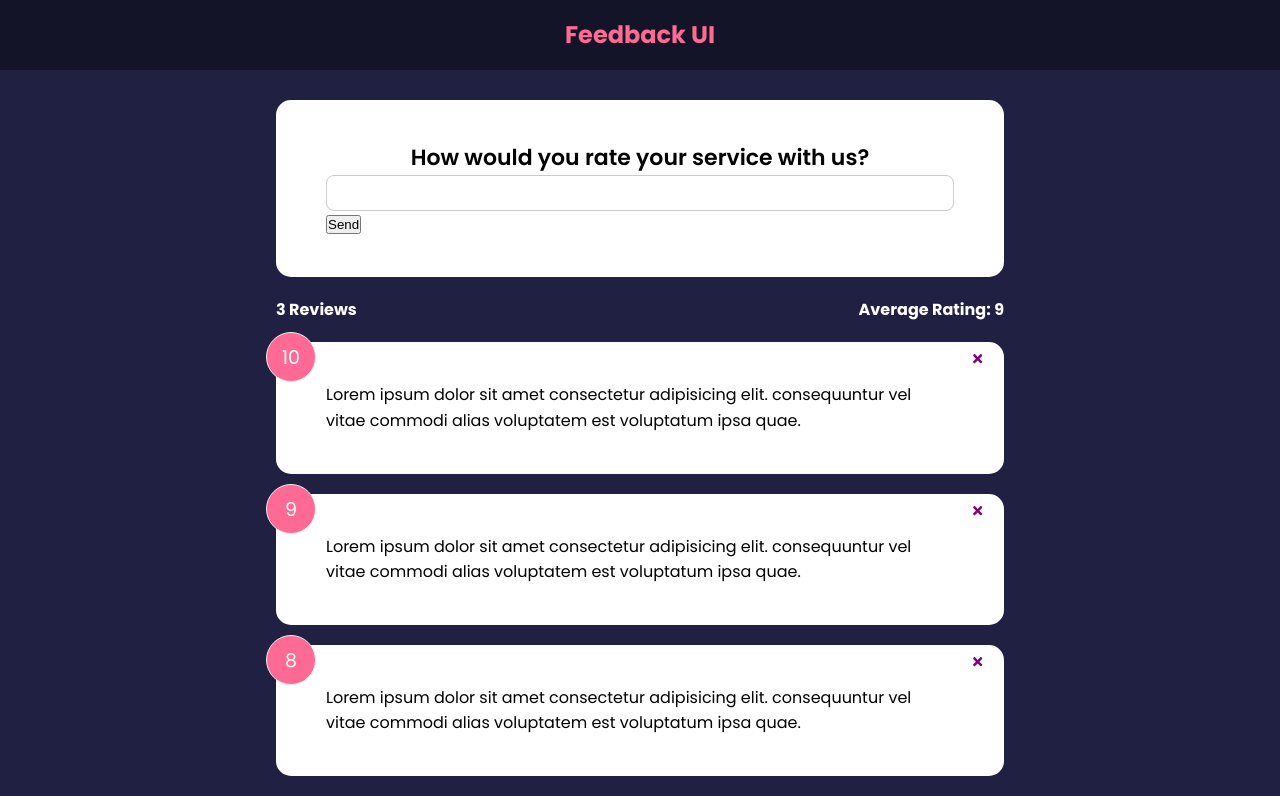
Repository: minhtien9/Feedback_App
Page: /
The author's editor kept a copy of each file at every save. The page is drawn from the files as they stood at one save, then again after the next save.
The browser window is 1280 px wide. The pictures show the whole page.
The project was rebuilt for these pictures with package versions that can differ from the ones it lists, and the page was loaded fresh each time.

Above is the page before, as saved 2022-02-18 14:20:07.

### src/index.css
@import url('https://fonts.googleapis.com/css2?family=Poppins:wght@400;600;700&display=swap');

* {
    box-sizing: border-box;
    margin: 0;
    padding: 0;
}

body {
    font-family: 'Poppins', sans-serif;
    background-color: #202142;
    color: #fff;
    line-height: 1.6;
}

ul {
    list-style: none;
}

.container {
    max-width: 768px;
    margin: auto;
    padding: 0 20px;
}

header {
    height: 70px;
    width: 100%;
    display: flex;
    justify-content: space-between;
    align-items: center;
    margin-bottom: 30px;
}

.card {
    background-color: #fff;
    color: #333;
    border-radius: 15px;
    padding: 40px 50px;
    margin: 20px 0;
    position: relative;
}

.card.reverse {
    background-color: rgba(0, 0, 0, 0.4);
    color: #fff;
}

.card h2 {
    font-size: 22px;
    font-weight: 600;
    text-align: center;
}

.rating {
    display: flex;
    align-items: center;
    justify-content: space-around;
    margin: 30px 0 40px;
}

.rating li,
.num-display {
    position: relative;
    background: #f4f4f4;
    width: 50px;
    height: 50px;
    padding: 10px;
    text-align: center;
    border-radius: 50%;
    font-size: 19px;
    border: 1px #eee solid;
    transition: 0.3s;
}

.rating li label {
    position: absolute;
    top: 50%;
    left: 50%;
    width: 50px;
    height: 50px;
    padding: 10px;
    border-radius: 50%;
    transform: translate(-50%, -50%);
    cursor: pointer;
}

.rating li:hover,
.num-display {
    background: #ff6a95;
    color: #fff;
}

[type='radio'] {
    opacity: 0;
}

[type='radio']:checked ~ label {
    background: #ff6a95;
    color: #fff;
}

.input-group {
    display: flex;
    flex-direction: row;
    border: 1px solid #ccc;
    padding: 8px 10px;
    border-radius: 8px;
}

input {
    flex-grow: 2;
    border: none;
    font-size: 16px;
}

input:focus {
    outline: none;
}

.feedback-stats {
    color: #fff;
    display: flex;
    justify-content: space-between;
    align-items: center;
}

.num-display {
    position: absolute;
    top: -10px;
    left: -10px;
}

.close,
.edit {
    position: absolute;
    top: 10px;
    right: 20px;
    cursor: pointer;
    background: none;
    border: none;
}

.edit {
    right: 40px;
}

.btn {
    color: #fff;
    border: 0;
    border-radius: 8px;
    color: #fff;
    width: 100px;
    height: 40px;
    cursor: pointer;
}

.btn-primary {
    background-color: #202142;
}

.btn-secondary {
    background: #ff6a95;
}

.btn:hover {
    transform: scale(0.98);
    opacity: 0.9;
}

.btn:disabled {
    background-color: #cccccc;
    color: #333;
    cursor: auto;
}

.btn:disabled:hover {
    transform: scale(1);
    opacity: 1;
}

.message {
    padding-top: 10px;
    text-align: center;
    color: rebeccapurple;
}

/* FIX: Remove position: absolute to keep about icon at the bottom of the
 * document */
.about-link {
    display: flex;
    justify-content: flex-end;
}

/* FIX: Remove position: absolute to keep about icon at the bottom of the
 * document */
.about-link a {
    color: #fff;
    cursor: pointer;
}

.about-link a:hover {
    color: #ff6a95;
}

.about h1 {
    margin-bottom: 20px;
}

.about p {
    margin: 10px 0;
}

@media (max-width: 600px) {
    .rating li {
        margin: 10px 3px;
    }

    .rating {
        display: flex;
        align-items: center;
        justify-content: center;
        flex-wrap: wrap;
        margin: 30px 0 40px;
    }

    .input-group input {
        width: 80%;
    }
}

### src/App.js
import Header from './components/Header'

import FeedbackData from './data/FeedbackData'
import FeedbackList from './components/FeedbackList'

import { useState } from 'react'
import FeedbackStats from './components/FeedbackStats'
import FeedbackForm from './components/FeedbackForm'

function App() {
    const [feedback, setFeedback] = useState(FeedbackData)

    const deleteFeedback = (id) => {
        if (window.confirm('Are you sure you want to delete?')) {
            setFeedback(feedback.filter((item) => item.id !== id))
        }
    }
    return (
        <div className='App'>
            <Header />
            <div className='container'>
                <FeedbackForm />
                <FeedbackStats feedback={feedback} />
                <FeedbackList
                    feedback={feedback}
                    handeDelete={deleteFeedback}
                />
            </div>
        </div>
    )
}

export default App

### src/components/Header.jsx
import React from 'react'
import PropTypes from 'prop-types'

Header.propTypes = {
    text: PropTypes.string,
    bgColor: PropTypes.string,
    textColor: PropTypes.string,
}

Header.defaultProps = {
    text: 'Feedback UI',
    bgColor: 'rgba(0,0,0,0.4)',
    textColor: '#ff6a95',
}

function Header({ text, bgColor, textColor }) {
    const headerStyles = { background: bgColor, color: textColor }
    return (
        <header style={headerStyles}>
            <div className='container'>
                <h2>{text}</h2>
            </div>
        </header>
    )
}

export default Header

### src/data/FeedbackData.js
const FeedbackData = [
    {
        id: 1,
        rating: 10,
        text: 'Lorem ipsum dolor sit amet consectetur adipisicing elit. consequuntur vel vitae commodi alias voluptatem est voluptatum ipsa quae.',
    },
    {
        id: 2,
        rating: 9,
        text: 'Lorem ipsum dolor sit amet consectetur adipisicing elit. consequuntur vel vitae commodi alias voluptatem est voluptatum ipsa quae.',
    },
    {
        id: 3,
        rating: 8,
        text: 'Lorem ipsum dolor sit amet consectetur adipisicing elit. consequuntur vel vitae commodi alias voluptatem est voluptatum ipsa quae.',
    },
]

export default FeedbackData

### src/components/FeedbackList.jsx
import PropTypes from 'prop-types'
import FeedbackItem from './FeedbackItem'

FeedbackList.propTypes = {
    feedback: PropTypes.arrayOf(
        PropTypes.shape({
            id: PropTypes.number.isRequired,
            text: PropTypes.string.isRequired,
            rating: PropTypes.number.isRequired,
        })
    ),
}

function FeedbackList({ feedback, handeDelete }) {
    if (!feedback || feedback.length === 0) return <p>No Feedback Yet</p>
    return (
        <div className='feedback-list'>
            {feedback.map((item) => (
                <FeedbackItem
                    key={item.id}
                    item={item}
                    handeDelete={handeDelete}
                />
            ))}
        </div>
    )
}

export default FeedbackList

### src/components/FeedbackStats.jsx
import React from 'react'
import PropTypes from 'prop-types'

FeedbackStats.propTypes = {
    feedback: PropTypes.array.isRequired,
}

function FeedbackStats({ feedback }) {
    let average =
        feedback.reduce((acc, cur) => {
            return acc + cur.rating
        }, 0) / feedback.length

    average = average.toFixed(1).replace(/[.,]0$/, '')
    return (
        <div className='feedback-stats'>
            <h4>{feedback.length} Reviews</h4>
            <h4>Average Rating: {isNaN(average) ? 0 : average}</h4>
        </div>
    )
}

export default FeedbackStats

### src/components/FeedbackForm.jsx
import React from 'react'
import PropTypes from 'prop-types'
import Card from './UI/Card'

FeedbackForm.propTypes = {}

function FeedbackForm(props) {
    return (
        <Card>
            <form>
                <h2>How would you rate your service with us?</h2>
                <div className='input-group'>
                    <input type='text' />
                </div>
                <button type='submit'>Send</button>
            </form>
        </Card>
    )
}

export default FeedbackForm

### src/components/FeedbackItem.jsx
import { FaTimes } from 'react-icons/fa'
import PropTypes from 'prop-types'
import Card from './UI/Card'

FeedbackItem.propTypes = {
    item: PropTypes.object.isRequired,
}

function FeedbackItem({ item, handleDelete }) {
    return (
        <Card>
            <div className='num-display'>{item.rating}</div>
            <button onClick={() => handleDelete(item.id)} className='close'>
                <FaTimes color='purple' />
            </button>
            <div className='text-display'>{item.text}</div>
        </Card>
    )
}

export default FeedbackItem

### src/components/UI/Card.jsx
import React from 'react'
import PropTypes from 'prop-types'

Card.propTypes = {
    children: PropTypes.node.isRequired,
    reverse: PropTypes.bool,
}

Card.defaultProps = {
    reverse: false,
}

function Card({ children, reverse }) {
    return (
        <div
            className='card'
            style={{
                backgroundColor: reverse ? 'rgba(0,0,0,0.4)' : '#fff',
                color: reverse ? '#fff' : '#000',
            }}
        >
            {children}
        </div>
    )
}

export default Card

Loaded but not shown: public/index.html (common file); src/index.js (common file)

After the next save:
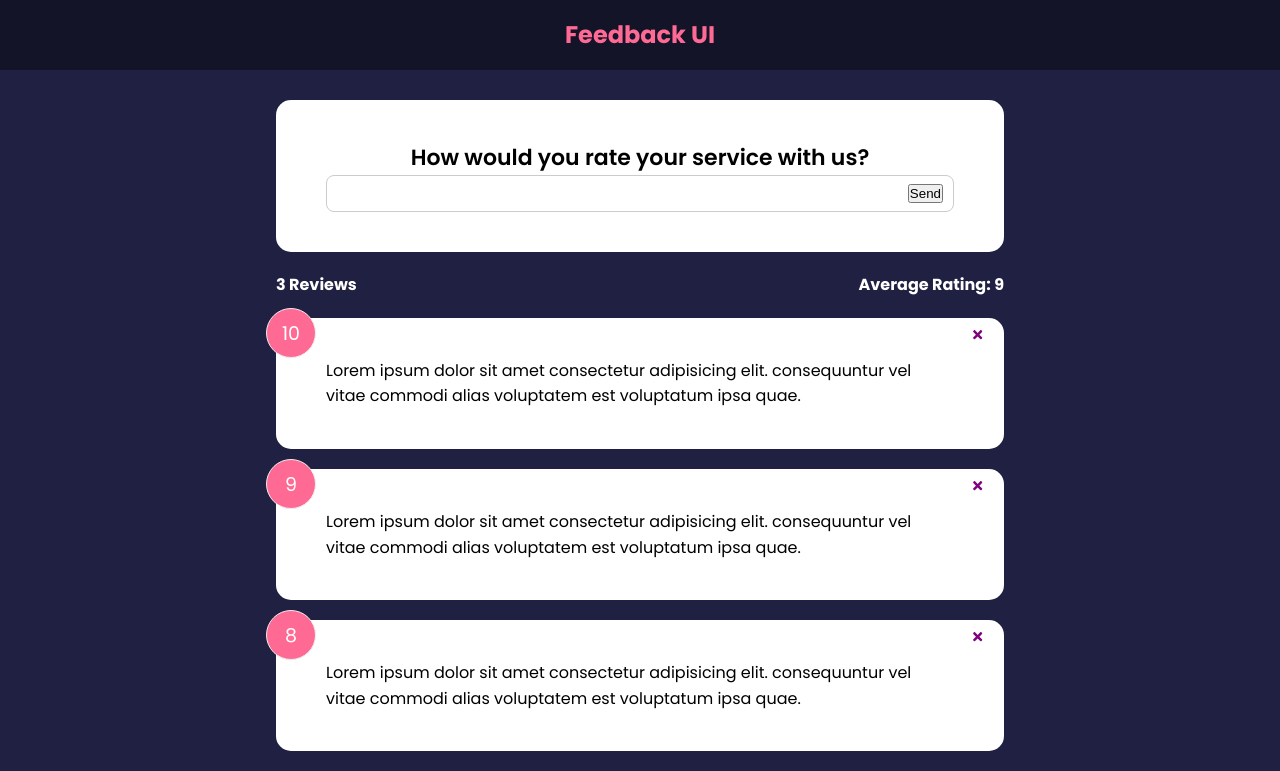
Saved 21 s later.
--- a/src/components/FeedbackForm.jsx
+++ b/src/components/FeedbackForm.jsx
@@ -11,8 +11,8 @@ function FeedbackForm(props) {
                 <h2>How would you rate your service with us?</h2>
                 <div className='input-group'>
                     <input type='text' />
+                    <button type='submit'>Send</button>
                 </div>
-                <button type='submit'>Send</button>
             </form>
         </Card>
     )
